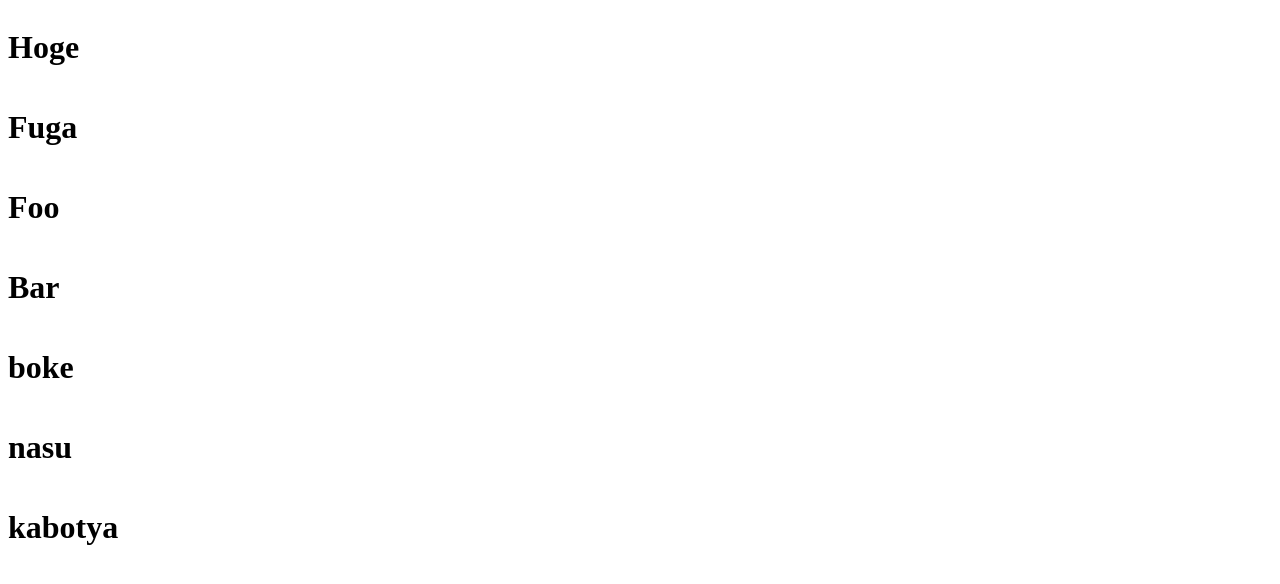
Repository: 1008216/samurai_HTML-CSS
Page: stylesheet/aa.html
The author's editor kept a record of every edit. The page is drawn from the files as they stood at one moment, then again after the next edit.
The browser window is 1280 px wide. The pictures show the whole page.

Above is the page before.

### stylesheet/aa.html
<html lang="ja">
    <head>
        <style>
            #grid {
                display: grid;
                grid-template-columns:100px 100px
                grid-template-rows:100px 100px 100px;
            }
        </style>
    </head>
    <body>
        <div id="grid">
            <h1>Hoge</h1>
            <h1>Fuga</h1>
            <h1>Foo</h1>
            <h1>Bar</h1>
            <h1>boke</h1>
            <h1>nasu</h1>
            <h1>kabotya</h1>
        </div>
    </body>

After the next edit:
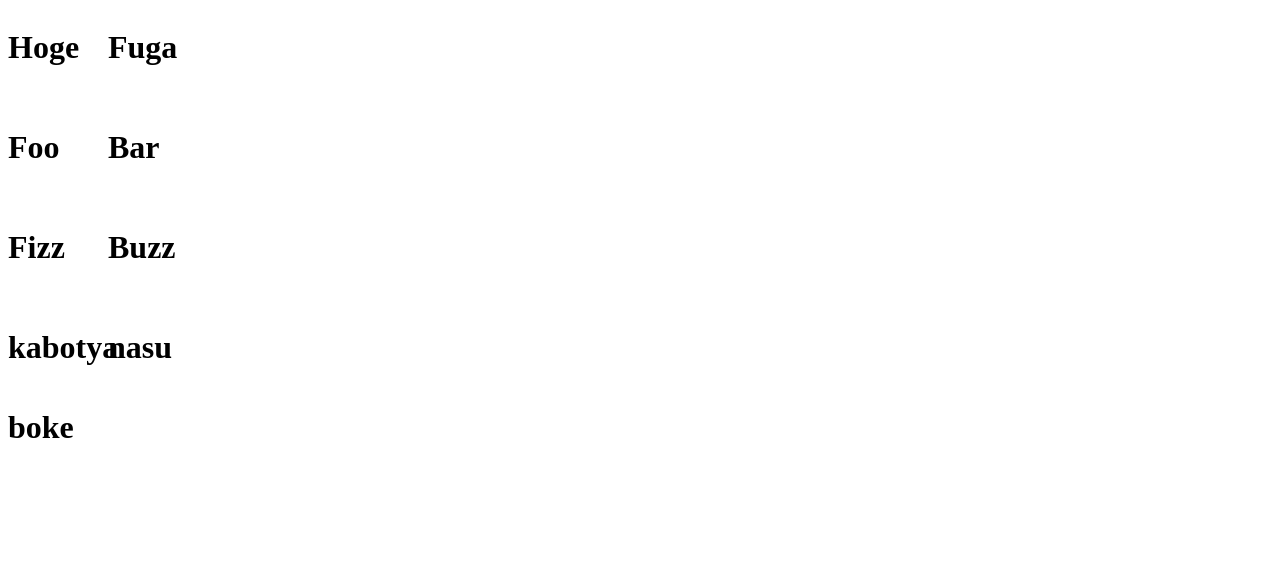
The edit:
--- a/stylesheet/aa.html
+++ b/stylesheet/aa.html
@@ -3,8 +3,8 @@
         <style>
             #grid {
                 display: grid;
-                grid-template-columns:100px 100px
-                grid-template-rows:100px 100px 100px;
+                grid-template-columns: 100px 100px;
+                grid-template-rows: 100px 100px 100px;
             }
         </style>
     </head>
@@ -14,8 +14,11 @@
             <h1>Fuga</h1>
             <h1>Foo</h1>
             <h1>Bar</h1>
+            <h1>Fizz</h1>
+            <h1>Buzz</h1>
+            <h1>kabotya</h1>
+            <h1>nasu</h1>
             <h1>boke</h1>
-            <h1>nasu</h1>
-            <h1>kabotya</h1>
         </div>
     </body>
+</html>
